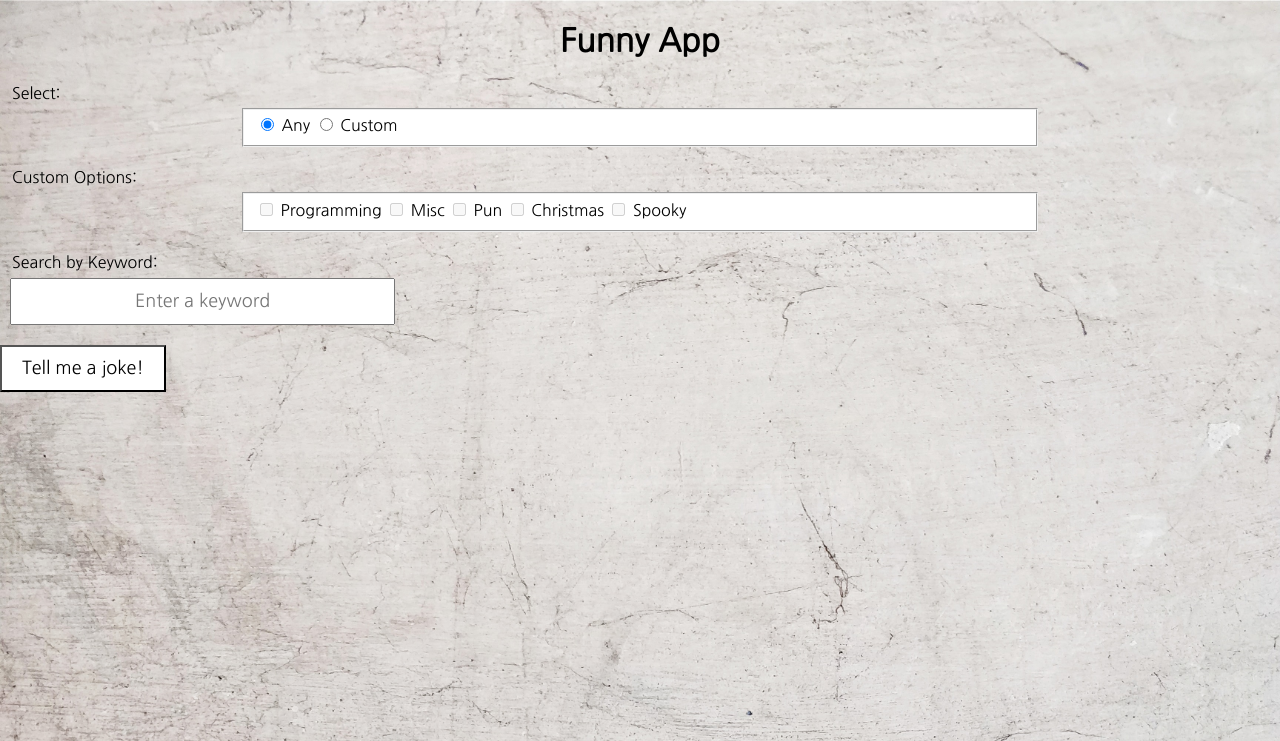
Repository: kaitlynMidori/dadJokeApi
Page: index.html
An editor plug-in stored every save of this project. The page is shown before and after the next save, followed by the edit.
The browser window is 1280 px wide. The pictures show the whole page.
Some web libraries are served in a nearby version.

Above is the page before, as saved 2021-01-08 12:28:26.

### index.html
<!DOCTYPE html>
<html lang="en">
<head>
    <meta charset="UTF-8">
    <meta name="viewport" content="width=device-width, initial-scale=1.0">
    <title>Joke App</title>
    <link href="style.css" rel="stylesheet" type="text/css" />
    <link rel="preconnect" href="https://fonts.gstatic.com">
    <link href="https://fonts.googleapis.com/css2?family=Nanum+Gothic&display=swap" rel="stylesheet">

</head>
<body>
    <div id="container">
        <header>
            <h1>Funny App</h1>
        </header>

        <legend>Select:</legend>
        <fieldset id="select">
                <div id="form-check">
                    <input type="radio"  id="any" name="type" value="Any" checked>
                    <label for="any">Any</label>

                    <input type="radio"  id="custom" name="type" value="Custom">
                    <label for="custom">Custom</label>
                </div>
        </fieldset>

        <br>

        <legend>Custom Options:</legend>
        <fieldset id="options" disabled>
                <div id="form-check form-check-inline">
                    <input type="checkbox" id="coding" name="category" value="Programming">
                    <label for="coding">Programming</label>

                    <input type="checkbox" id="misc" name="category" value="Miscellaneous">
                    <label for="misc">Misc</label>

                    <input type="checkbox" id="pun" name="category" value="Pun">
                    <label for="pun">Pun</label>

                    <input type="checkbox" id="chris" name="category" value="Christmas">
                    <label for="chris">Christmas</label>

                    <!-- <input type="checkbox" id="dark" name="category" value="dark">
                    <label for="dark">Dark</label> -->

                    <input type="checkbox" id="spooky" name="category" value="spooky">
                    <label for="spooky">Spooky</label>
                </div>
        </fieldset>


        <br>

            <form>
                <legend>Search by Keyword:</legend>
                <input type="form-control" placeholder="Enter a keyword" id="keyword">
            </form>

            <br>

            <button type="submit" id="submit button">Tell me a joke!</button>
            <div id="result"></div>
    </div>

    <script src="https://code.jquery.com/jquery-3.2.1.min.js"
          integrity="sha256-hwg4gsxgFZhOsEEamdOYGBf13FyQuiTwlAQgxVSNgt4="
          crossorigin="anonymous"></script>
    <script src="app.js"></script>
</body>
</html>

### style.css
body{
    margin: 0;
    background: cover;
    background-size: cover;
    background-repeat: no-repeat;
    background-image: url("screenshots/white-teal backdrop.jpg");
    /* background-image: linear-gradient(120deg, #a1c4fd 0%, #c2e9fb 100%); */
    min-height: 100vh;
}

* {
    font-family: 'Nanum Gothic', sans-serif;
    color: black;
}

header {
    width: 100%;
    margin-top: 5px;
    justify-content: center;
}

h1 {
    text-align: center;
}

button{
    background-color: white;
    justify-content: center;
    margin-left: auto;
    margin-right: auto;
    height: auto;
    font-size: 18px;
    font-weight: 500;
    text-align: center;
    color: black;
    cursor: pointer;
    margin-bottom: 0;
    /* border-radius: 3px; */
    padding: 10px 20px;
}

#keyword {
    margin-top: 1px;
    margin-left: 10px;
    height: auto;
    font-size: 18px;
    font-weight: 500;
    text-align: center;
    color: black;
    cursor: pointer;
    margin-bottom: 0;
    /* border-radius: 3px; */
    padding: 10px 20px;
}

#options{
    background-color: white;
    justify-content: center;
    margin-left: auto;
    margin-right: auto;
    width: 60%;

}

#select {
    background-color: white;
    justify-content: center;
    margin-left: auto;
    margin-right: auto;
    width: 60%;
}

legend {
    margin-left: 10px;
    margin-bottom: 5px;
}

### app.js
//declare 'option', 'custom', 'any' element id's
let option = document.getElementById("options");
let custom = document.getElementById("custom");
let any = document.getElementById("any");

//add event listener on click
//if 'any' option checked
//disable options
any.addEventListener("click", (e)=>{
    if(e.target.checked){
        option.disabled = true;
    }
});

//add event listener on click
//if 'custom' option checked
//enable options
custom.addEventListener("click", (e)=>{
    if(e.target.checked){
        option.disabled = false;
    }
});

//declare asyncrynous getJoke
const getJoke = async () => {
    //declare result  = HTML div 'result' element id
    let result = document.getElementById('result');
    //replace result element with empty string
    result.innerHTML = "";
    //declare checkboxes= filter category checkboxes for checked
    let checkboxes = [...document.getElementsByName('category')].filter((checkbox)=>checkbox.checked);
    //declare category as empty string
    let category = "";
    //if 'any' type is checked
    if(any.checked){
        //category = 'any'
        category = "Any";
    }
    //if 'custom' type is checked
    if(custom.checked){
        //category = map to join checked category values
        category = checkboxes.map((c)=>c.value).join();
    }
    //console.log user selected joke category
    console.log(category);
    //declare url = dynamically generate url inserting user selected category
    let url = `https://v2.jokeapi.dev/joke/${category}`;
    // declare keyword = HTML form div 'keyword' element id
    let keyword = document.getElementById("keyword").value;
    //if keyword does not equal empty; dynamically generate url with user keyword input
    if(keyword != ""){
        url = `https://v2.jokeapi.dev/joke/${category}?contains=${keyword}`;
    }
    console.log(url);
    const response = await fetch(url);
    const data = await response.json();
    console.log(data);

    //if JSON data response = API doc response 'single'
    if(data.type == "single"){
        //insert API doc 'joke' into response element
        result.innerHTML = `<h3>${data.joke}</h3>`;
    }
    //if JSON data response = API doc response 'twopart'
    if(data.type == "twopart"){
        //insert API doc 'setup' into response element
        result.innerHTML = `<h3>${data.setup}</h3>`;
        //display 'delivery' after 1 second
        setTimeout(()=>{
            //insert API doc 'delivery' into response element
            result.innerHTML += `<h3>${data.delivery}</h3>`;
        },1000);
    }
}

//declare submit = HTML button 'submit button'
let submit = document.getElementById('submit button');
//upon 'submit', add event listener for 'click and activate 'getJoke'
submit.addEventListener("click", getJoke);

After the next save:
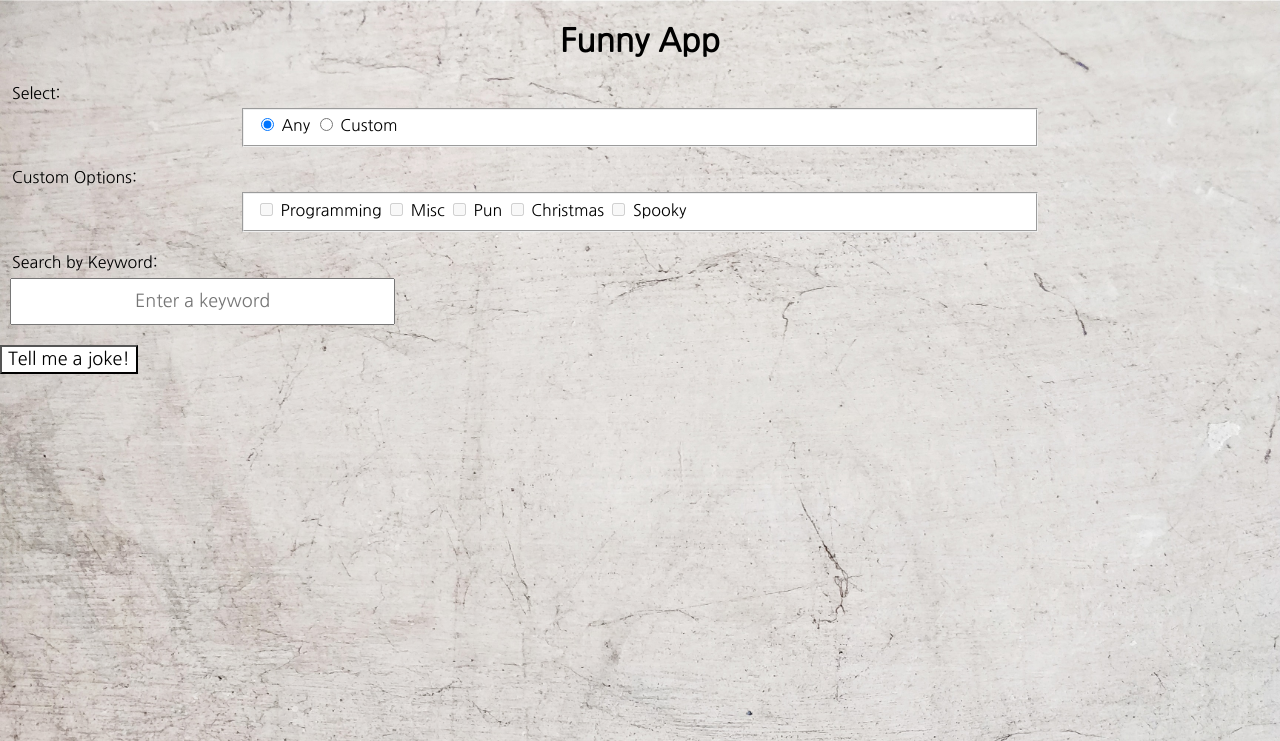
Saved 13 s later.
--- a/style.css
+++ b/style.css
@@ -36,7 +36,7 @@
     cursor: pointer;
     margin-bottom: 0;
     /* border-radius: 3px; */
-    padding: 10px 20px;
+
 }
 
 #keyword {

After the save that followed:
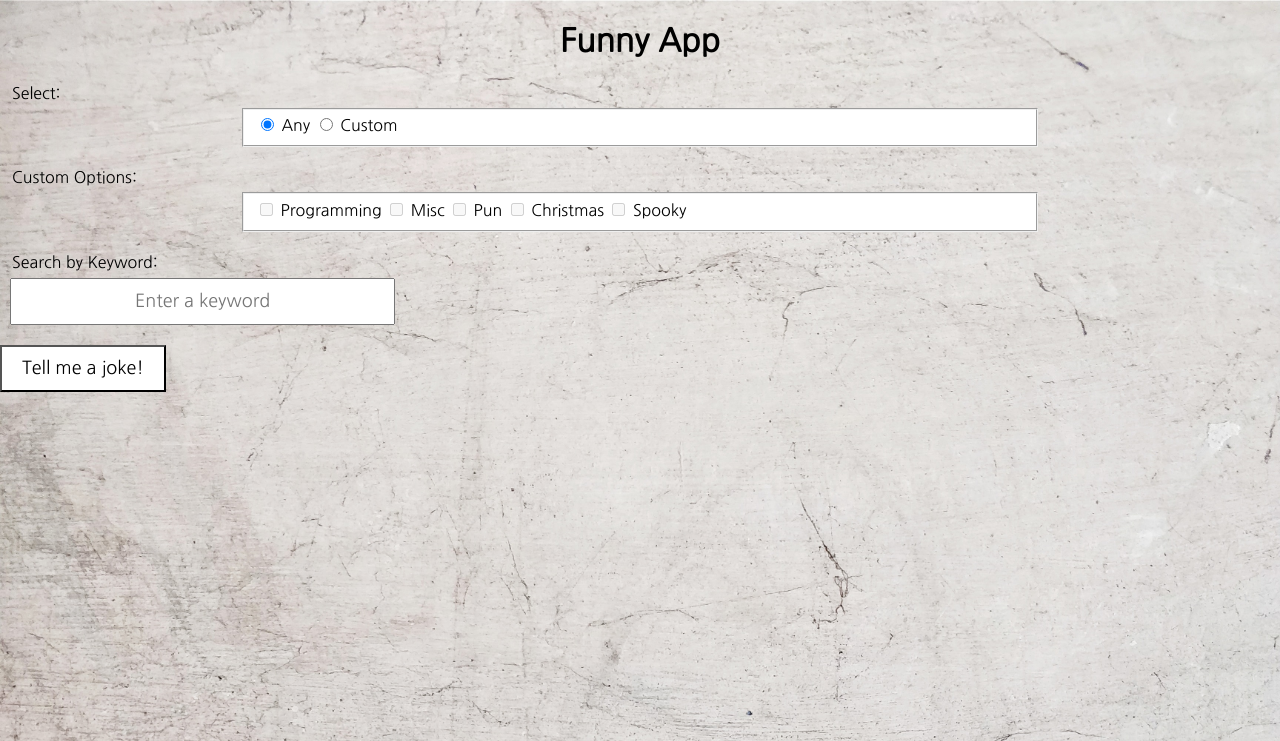
Saved 4 s later.
--- a/style.css
+++ b/style.css
@@ -36,7 +36,7 @@
     cursor: pointer;
     margin-bottom: 0;
     /* border-radius: 3px; */
-
+    padding: 10px 20px;
 }
 
 #keyword {
